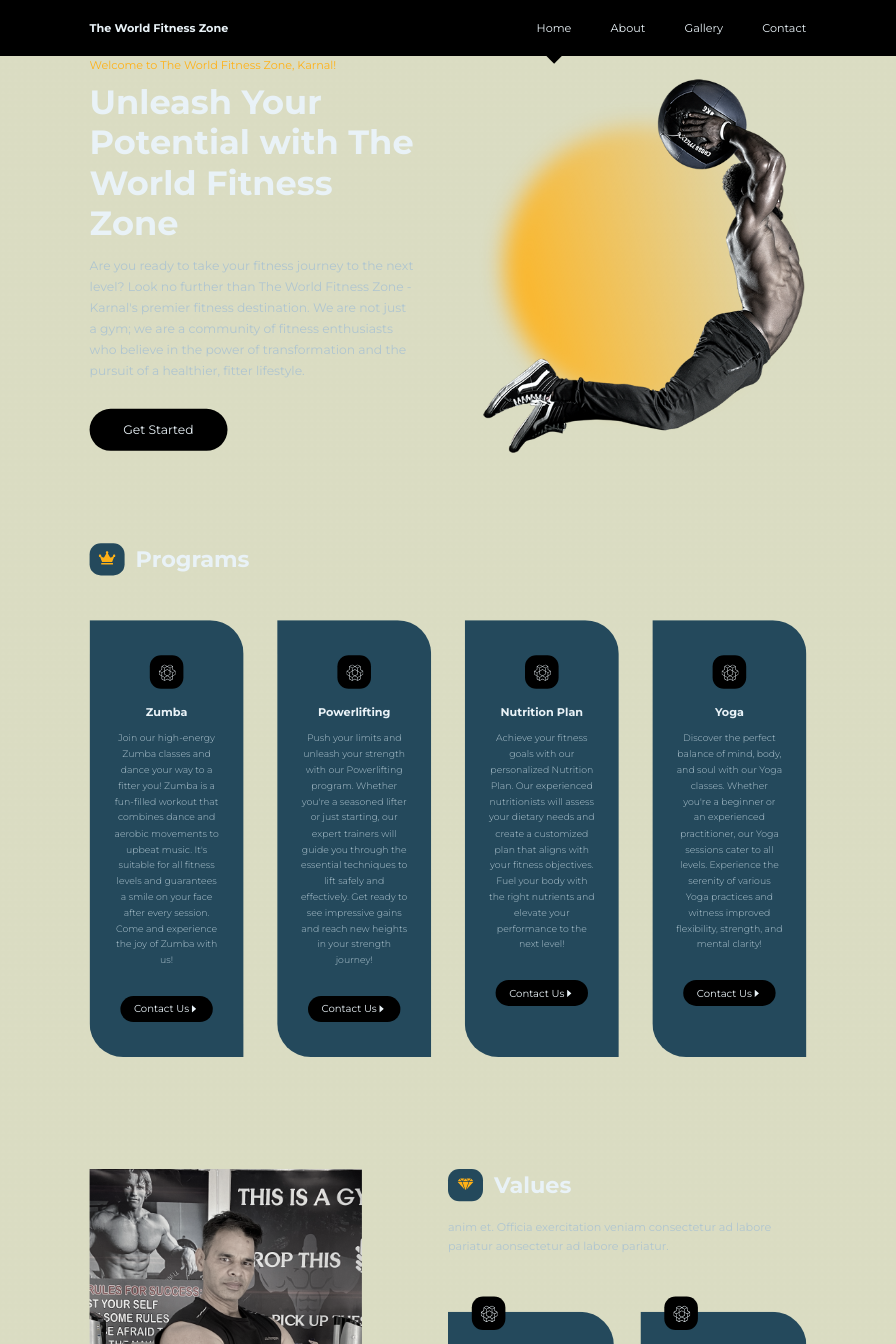
Repository: aryaMode/gym-portfolio
Page: /
These files come from the project's save history. The page is drawn as it stood at one moment and after the next save; the edit follows.
The browser window is 1280 px wide. The pictures show the part of the page from y = 0 to 1920 px (the page is 4873 px tall), at 70% of full size.
The project was rebuilt for these pictures with package versions that can differ from the ones it lists, and the page was loaded fresh each time. Also part of the build but not shown: src/pages/about/about.css, src/components/Header.jsx, src/pages/about/About.jsx, src/pages/contact/contact.css, src/pages/contact/Contact.jsx, src/pages/gallery/gallery.css, src/pages/gallery/Gallery.jsx, src/pages/notFound/notFound.css and 6 more.

Above is the page before, as saved 2023-07-20 17:42:19.

### public/index.html
<!DOCTYPE html>
<html lang="en">

<head>
    <meta charset="UTF-8">
    <meta http-equiv="X-UA-Compatible" content="IE=edge">
    <meta name="viewport" content="width=device-width, initial-scale=1.0">
    <title>Portfolio Website</title>
    <!-- GOOGLE FONTS (montserrat) -->
    <link href="https://fonts.googleapis.com/css2?family=Montserrat:wght@300;400;500;600;700&display=swap"
        rel="stylesheet">
</head>

<body>
    <div id="root"></div>
</body>

</html>

### src/App.jsx
// rafce -> shortcut to create component and export
import { BrowserRouter, Routes, Route } from "react-router-dom";
import React from "react";
import Home from "./pages/home/Home";
import About from "./pages/about/About";
import Contact from "./pages/contact/Contact";
import Gallery from "./pages/gallery/Gallery";
import NotFound from "./pages/notFound/NotFound";
import Plans from "./pages/plans/Plans";
import Trainers from "./pages/trainers/Trainers";
import Navbar from "./components/Navbar";
import Footer from "./components/Footer";

const App = () => {
	return (
		<BrowserRouter>
			<Navbar />
			<Routes>
				<Route index element={<Home />} />
				<Route path="about" element={<About />} />
				<Route path="contact" element={<Contact />} />
				<Route path="gallery" element={<Gallery />} />
				<Route path="plans" element={<Plans />} />
				<Route path="trainers" element={<Trainers />} />
				<Route path="*" element={<NotFound />} />
			</Routes>
			<Footer />
		</BrowserRouter>
	);
};

export default App;

### src/index.css
 *, *::before, *::after{
    margin: 0;
    padding: 0;
    border: 0;
    outline: 0;
    list-style: none;
    text-decoration: none;
    box-sizing: border-box;
 }

 /* CSS Global variable starts with :root {...} check w3school docs for more  info */
 :root{
    --primary-hue: 210;
    --gray-hue: 200;
    /* hsl (hue, saturation, lightness) */
    --color-primary: black;
    --color-primary-variant: hsl(var(--primary-hue), 100%, 65%);
    --color-secondary: #ffb116;
    --color-gray-100: hsl(var(--gray-hue), 47%, 94%); /*almost white colour lightness is almost 100%*/
    --color-gray-200: hsl(var(--gray-hue), 26%, 75%);
    --color-gray-300: hsl(var(--gray-hue), 24%, 64%);
    --color-gray-400: hsl(var(--gray-hue), 16%, 41%);
    --color-gray-500: hsl(var(--gray-hue), 44%, 25%);
    --color-gray-600: hsl(var(--gray-hue), 48%, 15%);

    --container-width-lg: 80%;
    --container-width-md: 90%;

    --transition: all 500ms ease; /* make sure all transition have a constant effect*/
 }

  /******************** GENERAL STYLES ********************/
  body{
    font-family: "Montserrat", sans-serif;
    color: var(--color-gray-200);
    line-height: 1.7;
    overflow-x: hidden;
    background: rgb(218, 220, 194) url(./images/bg_texture.png);
  }

  .container{
    width: var(--container-width-lg);
    max-width: 1920px;
    margin-inline: auto;
  }

  h1, h2, h3, h4, h5 {
    line-height: 1.2;
    color: var(--color-gray-100);
  }

  h1 {
    font-size: 3rem;
  }

  h2 {
    font-size: 2rem ;
  }

  a {
    color: var(--color-gray-100);
  }

  img{
    display: block;
    object-fit: cover;
    width: 100%;
}

.btn {
    color: var(--color-gray-100);
    width: fit-content;
    margin: 0 auto;
    padding: 0.9rem 2rem;
    background: var(--color-primary);
    border-radius: 1.5rem;
    transition: var(--transition);
}

.btn:hover {
    background: var(--color-secondary);
    color: var(--color-gray-600);
}

.btn.lg {
    padding: 1.2rem 3rem;
    border-radius: 2rem;
    font-size: 1.1rem;
}

.btn.sm {
    padding: 0.4rem 1.2rem;
    font-size: 0.9rem;
}

.btn.sm:hover {
    background: var(--color-gray-100);
}

/******************** SECTION REUSABLE STYLES ********************/
section {
    margin-top: 10rem;
}

.section__head {
    display: flex;
    align-items: center;
    gap: 1rem;
}

.section__head span {
    background: var(--color-gray-500);
    padding: 0.3rem 0.8rem 0;
    border-radius: 1rem;
    color: var(--color-secondary);
    font-size: 1.5rem;
}

.card {
    background: var(--color-gray-500);
    border: 2px solid transparent;
    text-align: center;
    padding: 3rem 2rem;
    border-radius: 0 3rem 0 3rem;
    transition: var(--transition);
}

.card:hover {
    background: transparent;
    border-color: var(--color-gray-400);
    cursor: default;
}

.card span {
    width: 3rem;
    height: 3rem;
    background: var(--color-primary);
    color: var(--color-gray-100);
    font-size: 1.5rem;
    padding: 0.8rem;
    display: grid;
    place-items: center;
    margin-bottom: 1.5rem;
    margin-inline: auto;
    border-radius: 1rem;
    transition: var(--transition);
}

.card:hover span {
    background: var(--color-secondary);
    color: var(--color-gray-500)
}

.card small {
    margin-top: 1rem;
    display: block;
    font-weight: 300;
}

.header {
    margin-top: 5rem;
    height: 20rem;
    overflow: hidden;
    border-bottom: 2px solid var(--color-gray-400);
}

.header__container {
    width: 100%;
    height: 100%;
    position: relative;
    display: grid;
    place-items: center;
    background: #0000;
}

.header__container-lg {
    position: absolute;
    width: 100%;
}

.header__container-lg img {
    opacity: 0.5;
}

.header__content {
    position: relative;
    width: 44%;
    margin: 0 auto;
    text-align: center;
    color: var(--color-gray-100);
}

.header__content h2 {
    margin-bottom: 1rem;
}

.header__content p {
    color: rgba(255, 255, 255, 0.7, green, blue, alpha);
}






/******************** MEADIA QUERIES (medium screens) ********************/
@media screen and (max-width: 1024px) {
    .container {
        width: var(--container-width-md);
    }

    h1 {
        font-size: 2rem;
    }

    h2 {
        font-size: 1.6rem;
    }

    .header__content {
        width: 76%;
    }
}

/******************** MEADIA QUERIES (small screens) ********************/
@media screen and (max-width: 600px) {
    h1 {
        font-size: 2.2rem;
        line-height: 1.3;
    }

    section {
        margin-top: 7rem;
    }

    .header {
        height: fit-content;
    }

    .header__content {
        width: var(--container-width-md);
        padding: 3rem 0;
    }

    .header__content p {
        font-size: 0.85rem;
    }
}

### src/pages/home/Home.jsx
import React from "react";
import "./home.css";
import MainHeader from "../../components/MainHeader";
import Program from "../../components/Program";
import Values from "../../components/Values";
import FAQs from "../../components/FAQs";
import Testimonial from "../../components/Testimonial";
// import Footer from "../../components/Footer";

const Home = () => {
	return (
		<>
			<MainHeader />
			<Program />
			<Values />
			<FAQs />
			<Testimonial />
			{/* <Footer /> comment this out so footer wount be double */}
		</>
	);
};

export default Home;

### src/components/Navbar.jsx
import { useState } from "react";
import {logoName} from "../data";
import { Link, NavLink } from "react-router-dom";
// NavLink comes with an isactive prop which we can use to detect which page we on
// so we can have a special style for that link
import React from "react";
import Logo from "../images/logo.png";
import { links } from "../data";
import { GoThreeBars } from "react-icons/go";
import { MdOutlineClose } from "react-icons/md";
import "./navbar.css";

const Navbar = () => {
	const [isNavShowing, setIsNavShowing] = useState(false);

	const handleNavToggle = () => {
		return setIsNavShowing((prevVAlue) => {
			return !prevVAlue;
		});
	};

	return (
		<nav>
			<div className="container nav__container">
				<Link to="/" className="logo" onClick={handleNavToggle}>
					{/* <img src={Logo} alt="Nav-logo" /> */}
					<div>{logoName}</div>
				</Link>
				<ul
					className={`nav__links ${isNavShowing ? "show__nav" : "hide__nav"}`}
				>
					{/* Destructure the links array of object from the links to get each item */}
					{links.map(({ name, path }, index) => {
						return (
							<li key={index}>
								<NavLink
									to={path}
									className={({ isActive }) => (isActive ? "active-nav" : "")}
									onClick={handleNavToggle}
								>
									{name}
								</NavLink>
							</li>
						);
					})}
				</ul>
				<button onClick={handleNavToggle} className="nav__toggle-btn">
					{isNavShowing ? <MdOutlineClose /> : <GoThreeBars />}
				</button>
			</div>
		</nav>
	);
};

export default Navbar;

// export PATH=$PATH:/home/daveworld/bin

### src/components/Footer.jsx
import React from "react";
import { Link } from "react-router-dom";
import {logoName} from "../data";
import Logo from "../images/logo.png";
import { FaYoutube } from "react-icons/fa";
import { FaFacebookF } from "react-icons/fa";
import { AiOutlineTwitter } from "react-icons/ai";
import { AiFillInstagram } from "react-icons/ai";

const Footer = () => {
	return (
		<footer>
			<div className="container footer__container">
				<article>
					<Link to="/" className="logo">
						{/* <img src={Logo} alt="Footer Logo" /> */}
					{logoName}
					</Link>
					<p>
						Consectetur non nostrud enim nostrud est culpa ullamco incididunt
						nisi. Consectetur non nostrud enim nostrud est culpa ullamco
						incididunt nisi.
					</p>
					<div className="footer__socials">
						<a
							href="https://youtube.com/@Thesandeep325"
							target="_blank"
							rel="noreferrer noopener"
						>
							<FaYoutube />
						</a>
						<a
							href="https://www.facebook.com/profile.php?id=100000823973714&mibextid=LQQJ4d"
							target="_blank"
							rel="noreferrer noopener"
						>
							<FaFacebookF />
						</a>

						<a
							href="https://instagram.com/the_world_fitness_zone_?igshid=MzRlODBiNWFlZA=="
							target="_blank"
							rel="noreferrer noopener"
						>
							<AiFillInstagram />
						</a>
					</div>
				</article>
				<article>
					<h4>Permalinks</h4>
					<Link to="/about">About</Link>
					<Link to="/plans">Plans</Link>
					<Link to="/trainers">Trainers</Link>
					<Link to="/gallery">Gallery</Link>
					<Link to="/contact">Contact</Link>
				</article>
				<article>
					<h4>Insights</h4>
					<Link to="/s">Blog</Link>
					<Link to="/s">Case Studies</Link>
					<Link to="/s">Events</Link>
					<Link to="/s">Communities</Link>
					<Link to="/constact">FAQs</Link>
				</article>
				<article>
					<h4>Get In Touch</h4>
					<Link to="/contact">Plans</Link>
					<Link to="/s">Trainers</Link>
				</article>
			</div>
			<br />
			<br />
			<br />
			<br />
		</footer>
	);
};

export default Footer;

### src/components/MainHeader.jsx
import React from "react";
import { Link } from "react-router-dom";
import Image from "../images/main_header.png";

const MainHeader = () => {
	return (
		<header className="main__header">
			<div className="container main__header-container">
				<div className="main__header-left">
					<h4>Welcome to The World Fitness Zone, Karnal!</h4>
					<h1>Unleash Your Potential with The World Fitness Zone

</h1>
					<p>
					Are you ready to take your fitness journey to the next level? Look no further than The World Fitness Zone - Karnal's premier fitness destination. We are not just a gym; we are a community of fitness enthusiasts who believe in the power of transformation and the pursuit of a healthier, fitter lifestyle.
					</p>
					<Link to="/contact" className="btn lg">
						Get Started
					</Link>
				</div>
				<div className="main__header-right">
					<div className="main__header-circle"></div>
					<div className="main__header-image">
						<img src={Image} alt="MainHeaderImage" />
					</div>
				</div>
			</div>
		</header>
	);
};

export default MainHeader;

### src/components/Program.jsx
import React from "react";
import { FaCrown } from "react-icons/fa";
import SectionHead from "./SectionHead";
import { programs } from "../data";
import Card from "../UI/Card";
import { Link } from "react-router-dom";
import { AiFillCaretRight } from "react-icons/ai";

const Program = () => {
	return (
		<section className="programs">
			<div className="container programs container">
				<SectionHead icon={<FaCrown />} title="Programs" />

				<div className="program__wrapper">
					{programs.map(({ id, icon, title, info, path }) => {
						return (
							<Card className="programs__program" key={id}>
								<span>{icon}</span>
								<h4>{title}</h4>
								<small>{info}</small>
								<Link to={path} className="btn sm">
									Contact Us <AiFillCaretRight />
								</Link>
							</Card>
						);
					})}
				</div>
			</div>
		</section>
	);
};

export default Program;

### src/components/Values.jsx
import React from "react";
import Image from "../images/values.jpg";
import SectionHead from "./SectionHead";
import { GiCutDiamond } from "react-icons/gi";
import { values } from "../data";
import Card from "../UI/Card";

const Values = () => {
	return (
		<section className="values">
			<div className="container values__container">
				<div className="values__left">
					<div className="values__image">
						<img src={Image} alt="values Image" />
					</div>
				</div>
				<div className="values__right">
					<SectionHead icon={<GiCutDiamond />} title="Values" />
					<p>
						anim et. Officia exercitation veniam consectetur ad labore pariatur
						aonsectetur ad labore pariatur.
					</p>
					<div className="values__wrapper">
						{values.map(({ id, icon, title, desc }) => {
							return (
								<Card className="values__value" key={id}>
									<span>{icon}</span>
									<h4>{title}</h4>
									<small>{desc}</small>
								</Card>
							);
						})}
					</div>
				</div>
			</div>
		</section>
	);
};

export default Values;

### src/components/FAQs.jsx
import React from "react";
import { FaQuestion } from "react-icons/fa";
import { faqs } from "../data";
import FAQ from "./FAQ";
import SectionHead from "./SectionHead";
const FAQs = () => {
	return (
		<section className="faqs">
			<div className="container faqs__container">
				<SectionHead icon={<FaQuestion />} title="FAQs" />
				<div className="faqs__wrapper">
					{faqs.map(({ id, question, answer }) => {
						return <FAQ key={id} question={question} answer={answer} />;
					})}
				</div>
			</div>
		</section>
	);
};

export default FAQs;

### src/components/Testimonial.jsx
import React, { useState } from "react";
import SectionHead from "./SectionHead";
import { ImQuotesLeft } from "react-icons/im";
import Card from "../UI/Card";
import {
	IoIosArrowDropleftCircle,
	IoIosArrowDroprightCircle,
} from "react-icons/io";
import { testimonials } from "../data";

const Testimonial = () => {
	const [index, setIndex] = useState(0);
	const { name, quote, job, avatar } = testimonials[index];

	const handlePreviousTestimonial = () => {
		setIndex((prevValue) => {
			return prevValue - 1;
		});
		if (index <= 0) {
			setIndex(testimonials.length - 1);
		}
	};
	const handleAfterTestimonial = () => {
		setIndex((prevValue) => {
			return prevValue + 1;
		});
		if (index >= testimonials.length - 1) {
			setIndex(0);
		}
	};

	return (
		<section className="testimonials">
			<div className="container testimonial__container">
				<SectionHead
					icon={<ImQuotesLeft />}
					title="Testimonials"
					className="testimonials__head"
				/>
				<Card className="testimonial">
					<div className="testimonial__avatar">
						<img src={avatar} alt={name} />
					</div>
					<p className="testimonial__quote">{`"${quote}"`}</p>
					<h5>{name}</h5>
					<small className="testimonial__title">{job}</small>
				</Card>
				<div className="testimonial__btn-container">
					<button
						className="testimonials__btn"
						onClick={handlePreviousTestimonial}
					>
						<IoIosArrowDropleftCircle />
					</button>
					<button
						className="testimonials__btn"
						onClick={handleAfterTestimonial}
					>
						<IoIosArrowDroprightCircle />
					</button>
				</div>
			</div>
		</section>
	);
};

export default Testimonial;

### src/UI/Card.jsx
import React from "react";

const Card = ({ className, children }) => {
	return <article className={`card ${className}`}>{children}</article>;
};

export default Card;

### src/components/SectionHead.jsx
import React from "react";

// A reuseable component for each section name
const SectionHead = ({ icon, title, className }) => {
	return (
		<div className={`section__head ${className}`}>
			<span>{icon}</span>
			<h2>{title}</h2>
		</div>
	);
};

export default SectionHead;

### src/components/FAQ.jsx
import React, { useState } from "react";
import { AiOutlinePlus } from "react-icons/ai";
import { AiOutlineMinus } from "react-icons/ai";

const FAQ = ({ question, answer }) => {
	const [isAnswerShowing, setIsAnswerShowing] = useState(false);

	const handleFAQ = () => {
		return setIsAnswerShowing((prevValue) => {
			return !prevValue;
		});
	};

	return (
		<article className="faq" onClick={handleFAQ}>
			<div>
				<h4>{question}</h4>
				<button className="faq__icon">
					{isAnswerShowing ? <AiOutlineMinus /> : <AiOutlinePlus />}
				</button>
			</div>
			{isAnswerShowing && <p>{answer}</p>}
		</article>
	);
};

export default FAQ;

Loaded but not shown: src/index.js (common file); src/data.js (331 lines, source omitted); src/pages/home/home.css (412 lines, source omitted); src/components/navbar.css (148 lines, source omitted)

After the next save:
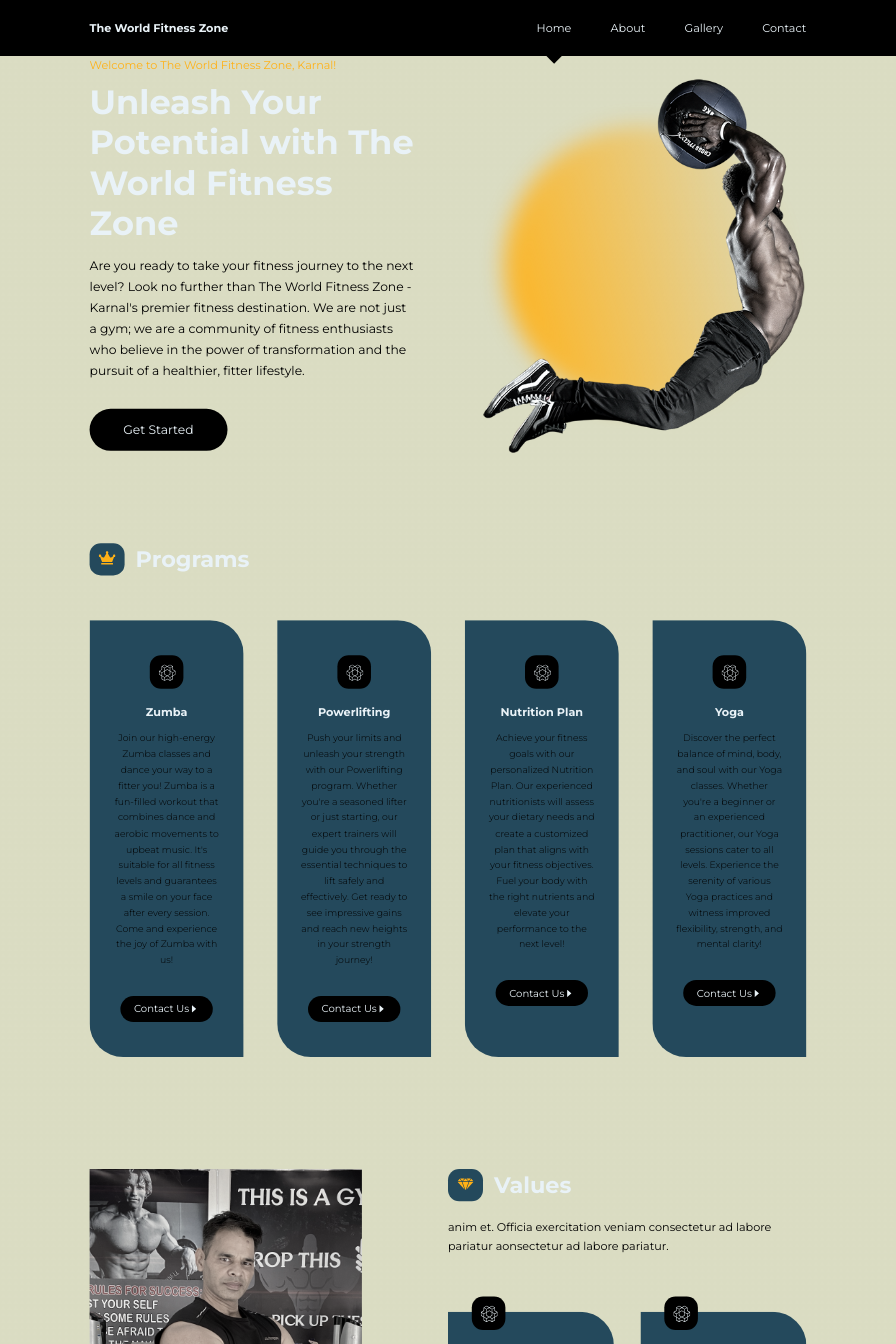
Saved 57 s later.
--- a/src/index.css
+++ b/src/index.css
@@ -17,6 +17,7 @@
     --color-primary-variant: hsl(var(--primary-hue), 100%, 65%);
     --color-secondary: #ffb116;
     --color-gray-100: hsl(var(--gray-hue), 47%, 94%); /*almost white colour lightness is almost 100%*/
+    0.11	0.97	0.54
     --color-gray-200: hsl(var(--gray-hue), 26%, 75%);
     --color-gray-300: hsl(var(--gray-hue), 24%, 64%);
     --color-gray-400: hsl(var(--gray-hue), 16%, 41%);

After the 6 saves that followed:
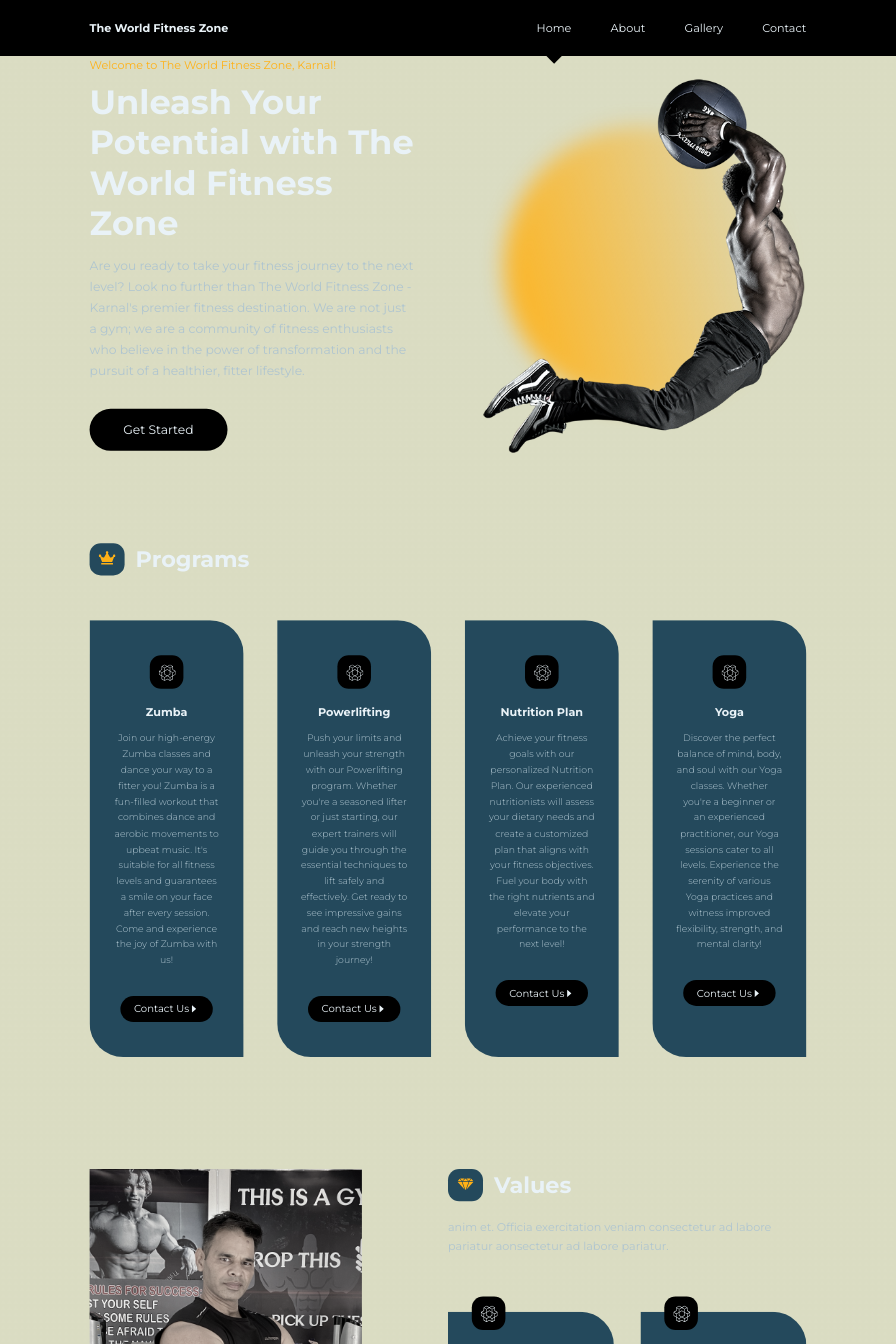
The 6 saves are shown as one change because 5 left the picture as it was.
The last was saved 47 s later.
--- a/src/index.css
+++ b/src/index.css
@@ -17,7 +17,7 @@
     --color-primary-variant: hsl(var(--primary-hue), 100%, 65%);
     --color-secondary: #ffb116;
     --color-gray-100: hsl(var(--gray-hue), 47%, 94%); /*almost white colour lightness is almost 100%*/
-    0.11	0.97	0.54
+    	/* 0.11	0.97	0.54 */
     --color-gray-200: hsl(var(--gray-hue), 26%, 75%);
     --color-gray-300: hsl(var(--gray-hue), 24%, 64%);
     --color-gray-400: hsl(var(--gray-hue), 16%, 41%);
